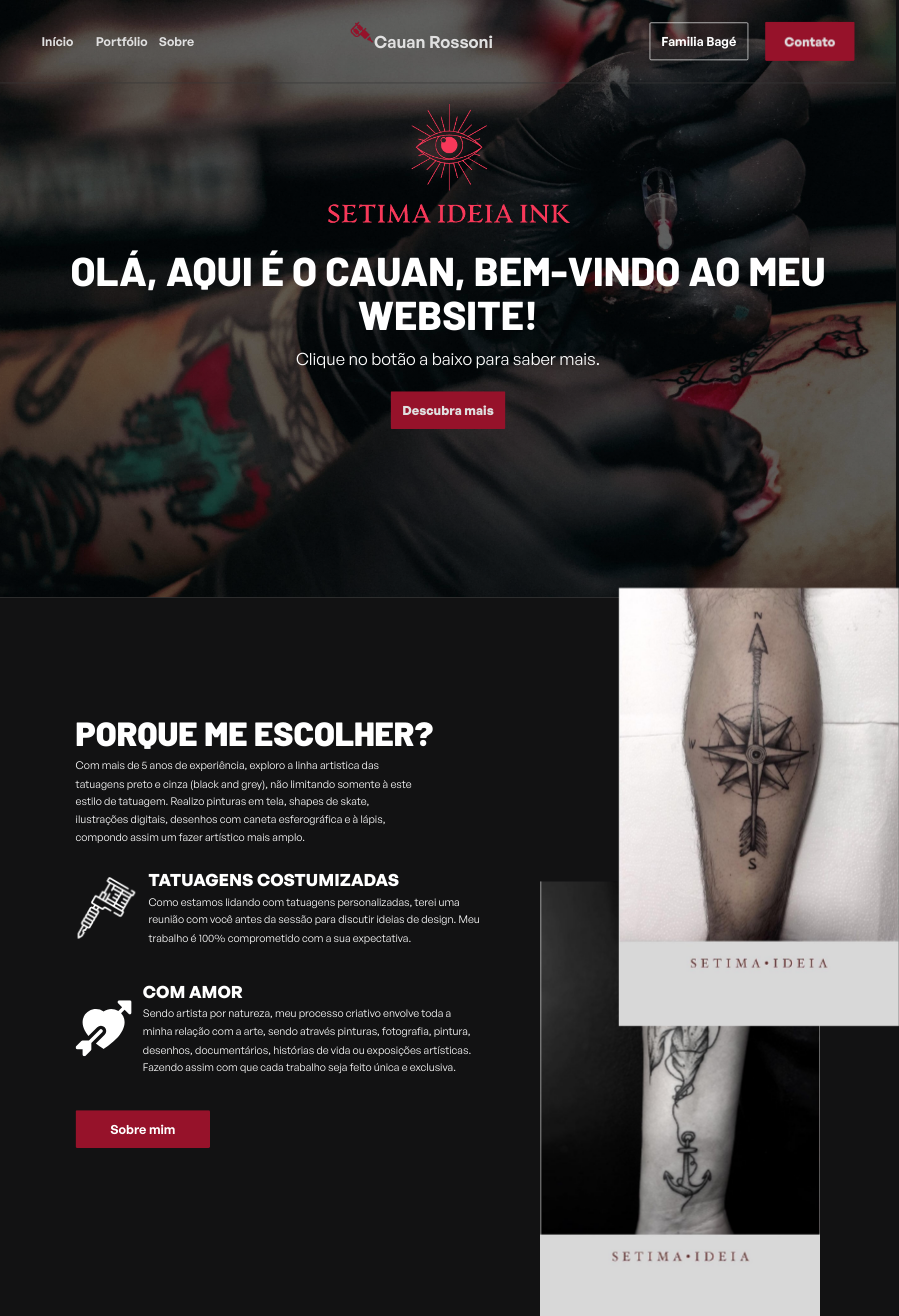
Repository: Leoka2000/S-tima-Ideia
Page: /
These files come from the project's save history. The page is drawn as it stood at one moment and after a run of saves; the edit follows.
The browser window is 1280 px wide. The page is 1284 px wide, so the pictures cover 1284 px, including what lies to the right of the window. The pictures show the part of the page from y = 0 to 1880 px (the page is 7066 px tall), at 70% of full size.
Backgrounds fixed to the window are drawn as part of the page. The project was rebuilt for these pictures with package versions that can differ from the ones it lists, and the page was loaded fresh each time. Some packages were replaced by stand-ins written for this rebuild. Also part of the build but not shown: src/pages/main/instagram/instagram.css, src/pages/main/instagram/instagram.jsx, src/App.css, src/pages/portfolio/portfolio.css, src/data/database-common.js, src/pages/portfolio/loop-content.jsx, src/pages/portfolio/portfolio.jsx, src/pages/portfolio/index.jsx and 2 more. Imported but missing from the stored project, and not drawn on this page: src/assets/videos/cauan-video.mp4.

Above is the page before, as saved 2023-05-22 14:50:59.

### public/index.html
<!DOCTYPE html>
<html lang="en">
  <head>
    <meta charset="utf-8" />
    <link rel="icon" href="%PUBLIC_URL%/logo.png" />
    <meta name="viewport" content="width=device-width, initial-scale=1" />
    <meta name="theme-color" content="#000000" />
    <meta
      name="description"
      content="Web site created using create-react-app"
    />
    <link rel="apple-touch-icon" href="%PUBLIC_URL%/logo192.png" />
    <!--
      manifest.json provides metadata used when your web app is installed on a
      user's mobile device or desktop. See https://developers.google.com/web/fundamentals/web-app-manifest/
    -->
    <link rel="manifest" href="%PUBLIC_URL%/manifest.json" />
    <!--
      Notice the use of %PUBLIC_URL% in the tags above.
      It will be replaced with the URL of the `public` folder during the build.
      Only files inside the `public` folder can be referenced from the HTML.

      Unlike "/favicon.ico" or "favicon.ico", "%PUBLIC_URL%/favicon.ico" will
      work correctly both with client-side routing and a non-root public URL.
      Learn how to configure a non-root public URL by running `npm run build`.
    -->
    <title>Setima Idea.ink</title>
  </head>
  <body>
    <noscript>You need to enable JavaScript to run this app.</noscript>
    <div id="root"></div>
    <!--
      This HTML file is a template.
      If you open it directly in the browser, you will see an empty page.

      You can add webfonts, meta tags, or analytics to this file.
      The build step will place the bundled scripts into the <body> tag.

      To begin the development, run `npm start` or `yarn start`.
      To create a production bundle, use `npm run build` or `yarn build`.
    -->
  </body>
</html>

### src/pages/main/index/index.jsx
import React from 'react'
import Hero from '../hero/hero'
import About from '../about/about'
import Carousel from '../carousel/carousel'
import HorizontalParallax2 from '../carousel/carousel2'
import LookPortfolio from '../olhe-portfolio'
import Video from '../video/video'
import Instagram from '../instagram/instagram'
import Form from '../contact/form'
import Contact from '../contact'
import Sobre from '../../sobre/about/about'

const index = () => {
  return (
    <>
      <Hero/>
      <About/>
      <Carousel/>
      <HorizontalParallax2/>
      <LookPortfolio/>
      <Video/>
      <Sobre/>
      {/* <Instagram/> */}
      <Contact/>
    </>
  )
}

export default index

### src/pages/sobre/about/about.jsx
import React from 'react'
import "./about.css"
import { BsFacebook } from 'react-icons/bs'
import { BsInstagram } from 'react-icons/bs'
import { AiOutlineMail } from 'react-icons/ai'
import cauan from '../../../assets/images/cauan.jpg'
import {Link} from 'react-scroll'

const Sobre = () => {
  return (
    <section id='about' className='sobre-section'>
      <main>
        <div className='sobre-left'>
          <h2>Tatuador na equipe Família Bagé.</h2>
          <h1>Cauan Rossoni Feversani</h1>
          <p>Magna nisl egestas amet netus lectus malesuada diam et ullamcorper et in urna maecenas praesent ut vitae tempus sollicitudin pharetra ipsum molestie urna scelerisque.</p>
          <div className='sobre-icons-wrapper'>
            <a target='_blank' href='https://www.instagram.com/setimaideia.ink'>
              <BsInstagram />
            </a>
            <a href='mailto:contato.cauanrf@gmail.com'>
              <AiOutlineMail />
            </a>
          </div>
          <div className='sobre-button-wrapper'>
          <Link style={{ textDecoration: 'none' }} spy={true} smooth={true} offset={100} duration={500} to='form' ><button className='solid'>Contato</button></Link>
            <a target='_blank' href='https://www.instagram.com/setimaideia.ink'><button className='transparent'>Veja o portfólio</button></a>
          </div>
        </div>
        <div className='sobre-right'>
          <img alt='cauan' src={cauan}/>
        </div>
      </main>
    </section>
  )
}

export default Sobre

### src/components/footer/footer.jsx
import { useEffect } from 'react'
import './footer.css'
import { BsFacebook } from 'react-icons/bs'
import { BsInstagram } from 'react-icons/bs'
import { AiOutlineMail } from 'react-icons/ai'
import machine from '../../assets/icons/tattoo-machine.png'
import bage from '../../assets/brand/bage.jpg'
import { useLocation } from 'react-router-dom'
import { Link } from 'react-scroll'

const Footer = () => {

    const location = useLocation();

    useEffect(() => {
        window.scrollTo(0, 0);
    }, [location.pathname]);


    return (
        <footer>
            <main>
                <div className='footer-left'>
                    <div className='footer-cauan'>
                        <img src={machine} />
                        <p>Cauan Rossoni</p>
                    </div>

                    <div className='footer-icons-wrapper'>
                        <a target='_blank' href='https://www.instagram.com/setimaideia.ink/'>< BsInstagram /></a>
                        <a target='_blank' href='mailto:contato.cauanrf@gmail.com'><AiOutlineMail /></a>
                    </div>
                </div>
                <div className='footer-middle'>
                    <h1>Páginas</h1>
                    <Link style={{ textDecoration: 'none' }} spy={true} smooth={true} offset={100} duration={500} to='inicio' >Início</Link>
                    <Link style={{ textDecoration: 'none' }} spy={true} smooth={true} offset={100} duration={500} to='portfolio' >Portfolio</Link>
                    <Link style={{ textDecoration: 'none' }} spy={true} smooth={true} offset={100} duration={500} to='about' >Sobre</Link>
                </div>
                <div className='footer-right'><a target='_blank' href='https://www.instagram.com/_familiabagetattoo_/'><img src={bage} /></a></div>
            </main>
            <div className='leo-tag'>
                <p>Desenvolvido por <a style={{textDecoration: 'none'}} href='https://www.linkedin.com/in/leoreus/'>Leo Reus Oliveira</a></p>
            </div>
        </footer>
    )
}

export default Footer

### src/pages/main/hero/hero.jsx
import React from 'react';
import { motion } from 'framer-motion';
import './hero.css';
import logo from '../../../assets/brand/logoCorrected.png';
import { Link } from 'react-scroll';

const Hero = () => {
  const text = "Olá, aqui é o Cauan, bem-vindo ao meu website!";

  const parentVariants = {
    animate: {
      transition: {
        staggerChildren: 0.05,
      },
    },
  };

  const childVariants = {
    initial: {
      y: 20,
      opacity: 0,
    },
    animate: {
      y: 0,
      opacity: 1,
    },
  };

  return (
    <section id='inicio' className="hero-section">
      <div className="hero-wrapper">
        <img src={logo} alt="logo" />
        <motion.h1 variants={parentVariants} initial="initial" animate="animate">
          {text.split("").map((letter, index) => (
            <motion.span key={index} variants={childVariants}>{letter}</motion.span>
          ))}
        </motion.h1>
        <h2>Clique no botão a baixo para saber mais.</h2>
        <div>
          <Link to='about' className="colored-hero" style={{textDecoration: 'none'}} spy={true} smooth={true} offset={100} duration={500}>Descubra mais</Link>
        </div>
      </div>
    </section>
  );
};

export default Hero;

### src/pages/main/carousel/carousel.jsx
import C1 from '../../../assets/carousel/c1.jpg'
import C2 from '../../../assets/carousel/c2.jpg'
import C3 from '../../../assets/carousel/c3.jpg'
import C4 from '../../../assets/carousel/c4.jpg'
import C5 from '../../../assets/carousel/c5.jpg'
import C6 from '../../../assets/carousel/c6.jpg'
import C7 from '../../../assets/carousel/c7.jpg'
import C8 from '../../../assets/carousel/c8.jpg'
import C9 from '../../../assets/carousel/c9.jpg'
import C10 from '../../../assets/carousel/c10.jpg'

import { motion, useTransform, useScroll, circOut } from "framer-motion";
import React from "react";
import './carousel.css'

const images = [
  C1,
  C5,
  C4,
  C7,
  C2,
  C6,
  C8,
  C9,
  C10,
];

const HorizontalParallax = () => {
  const { scrollYProgress } = useScroll();
  const x = useTransform(scrollYProgress,
     [0, 1],
      [0, -2000],
      { clamp: false, velocity: 0.1, ease: circOut });

  return (
    <div className="horizontal-parallax">
      <motion.div
        className="images-container"
        style={{ x }}
      >
        {images.map((image, index) => (
          <div key={index} className="image">
            <img src={image} alt={`Image ${index}`} />
          </div>
        ))}
      </motion.div>
    </div>
  );
};

export default HorizontalParallax;

### src/pages/main/carousel/carousel2.jsx
import { motion, useTransform, useScroll, circOut } from "framer-motion";
import React from "react";
import './carousel.css'
import C1 from '../../../assets/carousel/c10.jpg'
import C2 from '../../../assets/carousel/c9.jpg'
import C3 from '../../../assets/carousel/c8.jpg'
import C4 from '../../../assets/carousel/c7.jpg'
import C5 from '../../../assets/carousel/c6.jpg'
import C6 from '../../../assets/carousel/c5.jpg'
import C7 from '../../../assets/carousel/c4.jpg'
import C8 from '../../../assets/carousel/c3.jpg'
import C9 from '../../../assets/carousel/c2.jpg'
import C10 from '../../../assets/carousel/c1.jpg'

const images = [
  C2,
  C3,
  C4,
  C1,
  C5,
  C6,
  C7,
  C8,
  C9,
  C10,
];

const HorizontalParallax2 = () => {
  const { scrollYProgress } = useScroll();
  const x = useTransform(scrollYProgress, [1, 0], [0, -2000], {ease: circOut });

  return (
    <div className="horizontal-parallax">
      <motion.div
        className="images-container"
        style={{ x }}
      >
        {images.map((image, index) => (
          <div key={index} className="image">
            <img src={image} alt={`Image ${index}`} />
          </div>
        ))}
      </motion.div>
    </div>
  );
};

export default HorizontalParallax2;

### src/pages/main/olhe-portfolio/index.jsx
import React from 'react'
import './index.css'
import img from '../../../assets/images/lookportfolio-img.png'
import silhouete from '../../../assets/icons/about-tattoo-machine.png'
import clown from '../../../assets/icons/rose.png'
import { useInView } from 'react-intersection-observer';
import { motion } from 'framer-motion'
import { Link } from 'react-router-dom'

const LookPortfolio = () => {

  const [ref1, inView1] = useInView({
    threshold: 0.3,
    triggerOnce: true,
    delay: 0.7
  });

  const [ref2, inView2] = useInView({
    threshold: 0.3,
    triggerOnce: true,
    delay: 0.9
  });

  return (
    <section id='portfolio' className='look-portfolio-section'>
      <img className='silhouete' src={silhouete} />
      <img className='clown' src={clown} />
      <motion.div
        ref={ref1}
        initial={{ opacity: 0 }}
        animate={inView1 ? { opacity: 1 } : { opacity: 0 }}
        transition={{ duration: 1 }}
        className='look-portfolio-left'>
        <img src={img} />
      </motion.div>
      <motion.div
        ref={ref2}
        initial={{ opacity: 0 }}
        animate={inView2 ? { opacity: 1 } : { opacity: 0 }}
        transition={{ duration: 1 }}
        className='look-portfolio-right'>
        <h1>Confira o meu portfólio!</h1>
        <p>Clique no link a baixo para acessar o meu portfólio no Instagram. Lá, você pode encontrar uma exposição dos meus trabalhos atualizados.</p>
        <a
         style={{textDecoration:'none'}} to='/portfolio'>Saiba mais</a>
      </motion.div>

    </section>
  )
}

export default LookPortfolio

### src/pages/main/video/video.jsx
import React, { useState } from 'react';
import './video.css';
import cauan from '../../../assets/videos/cauan-video.mp4'
import thumb from '../../../assets/images/Thumbnail.jpg'
import { FaPlay, FaTimes } from "react-icons/fa";

function Video() {
    const [showVideo, setShowVideo] = useState(false);

    function handlePlayClick() {
        setShowVideo(true);
        document.body.style.overflow = 'hidden';
    }

    function handleCloseClick() {
        setShowVideo(false);
        document.body.style.overflow = 'visible';
    }

    return (
        <section className="video-thumbnail">
            <div className='overlay-effect'>
                <div
                    className="thumbnail-image"

                >
                    <button
                        className="play-button"
                        onClick={handlePlayClick}
                    >
                        <FaPlay className="play-icon" />
                    </button>
                </div>
                {showVideo && (
                    <div className="video-overlay">
                        <button className="close-button" onClick={handleCloseClick}>
                            <FaTimes className="close-icon" />
                        </button>
                        <div className="video-wrapper">
                            <video src={cauan} controls autoPlay />
                        </div>
                    </div>
                )}
            </div>
        </section>
    );
}

export default Video

### src/pages/main/contact/index.jsx
import React from 'react'
import Form from './form'
import './form.css'
import { useInView } from 'react-intersection-observer';
import { motion } from 'framer-motion'
import { AiFillMessage } from 'react-icons/ai'
import { AiOutlineFieldTime } from 'react-icons/ai'
import { BsCashStack } from 'react-icons/bs'
import { MdFastfood} from 'react-icons/md'
import {BsCapsulePill} from 'react-icons/bs'

const Index = () => {

  const [ref1, inView1] = useInView({
    threshold: 0.7,
    triggerOnce: true,
    delay: 0.9
  });

  return (
    <section className='form-section-parent'>

      <motion.header
        ref={ref1}
        initial={{ opacity: 0 }}
        animate={inView1 ? { opacity: 1 } : { opacity: 0 }}
        transition={{ duration: 1 }}
        className='form-header'>
        <h1>INFORMAÇÕES IMPORTANTES!</h1>
        <p>Este site tem a intenção de fazer com que você me conheça melhor. Se você deseja marcar uma tatuagem comigo, leia as informações abaixos.</p>
        <div className='row-wrapper'>
          <div>
            <span><AiFillMessage /></span>
            <p>Envie-me uma mensagem no Instagram e uma foto de referência ou mencione a ID de um dos meus trabalhos presentes na seção de portfólio deste site.</p>
          </div>
          <div>
            <span><BsCashStack /></span>
            <p>Para agendar uma tatuagem comigo, você precisará pagar um depósito, e esse valor será destinado para o custo total do trabalho.</p>
          </div>
          <div>
            <span><AiOutlineFieldTime /></span>
            <p>Será necessário 48 horas de antecedência para cancelar ou reagendar uma sessão. Se você não conseguir fazer isso, precisará marcar outro agendamento e pagar um depósito extra.</p>
          </div>
          <div>
            <span><MdFastfood /></span>
            <p>Certifique-se de comer, se hidratar e descansar antes de realizer sua tatuagem.</p>
          </div>
          <div>
            <span><BsCapsulePill/></span>
            <p>Não venha de ressaca ou sob o efeito de drogas.</p>
          </div>

        </div>

      </motion.header>
      <Form />
    </section >
  )
}

export default Index

### src/pages/main/hero/hero.css
@import url('https://fonts.googleapis.com/css?family=Barlow:100,300,400,500,600,700,800,900&display=swap');

.hero-section {
    padding: 8rem 0rem 15rem 0;

    background-image: linear-gradient(180deg, rgba(0, 0, 0, 0.6), rgba(0, 0, 0, 0.6)), url("../../../assets/images/hero-bg.jpg");

    background-position: 0px 0px, 50% 0%;
    background-size: auto, cover;
    background-repeat: repeat, no-repeat;
    background-attachment: scroll, fixed;
    border-bottom: 1px solid #393939;

}

.hero-wrapper {
    display: flex;
    flex-direction: column;
    justify-content: center;
    align-items: center;
}

.hero-wrapper>img {
    width: 24rem;
    margin-bottom: 1rem;
}

.hero-wrapper>h1 {
    font-size: 3.6rem;
    line-height: 4rem;
    max-width: 70rem;
    font-weight: 800;
    text-transform: uppercase;
    text-align: center;
    font-family: Barlow, sans-serif;
    margin-bottom: 1rem;
}

.hero-wrapper>h2 {
    font-size: 1.5rem;
    font-weight: 400;
    font-family: 'General Sans', sans-serif;
}
.hero-wrapper > div {
    display: flex;
    gap: 2rem;
    align-items: center;
    justify-content: center;
    margin-top: 2rem;
}
.colored-hero {
    padding: 1rem;

    cursor: pointer;
    -webkit-box-pack: center;
    -webkit-justify-content: center;
    -ms-flex-pack: center;
    justify-content: center;
    border: 1px solid transparent;
    border-radius: 2px;
    background-color: #96122a;
    -webkit-transition: box-shadow 300ms ease, -webkit-transform 300ms ease;
    transition: box-shadow 300ms ease, -webkit-transform 300ms ease;
    transition: box-shadow 300ms ease, transform 300ms ease;
    transition: box-shadow 300ms ease, transform 300ms ease, -webkit-transform 300ms ease;
    font-family: 'General Sans', sans-serif;
    color: rgb(224, 224, 224);
    line-height: 1.111em;
    font-weight: 600;
    text-align: center;
    text-decoration: none;
    text-transform: none;
    -webkit-transform-style: preserve-3d;
    transform-style: preserve-3d;
}

.colored-hero:hover {
    box-shadow: 0 10px 20px 0 rgba(248, 19, 60, 0.2);
    -webkit-transform: translate3d(0px, -3px, 0.01px);
    transform: translate3d(0px, -3px, 0.01px);


}

.transparent-hero:hover {
    background-color: #fff;
    -webkit-transform: translate3d(0px, -3px, 0.01px);
    transform: translate3d(0px, -3px, 0.01px);
    color: #121213;
}

.transparent-hero {
    padding: 0 1rem 0 1rem;
    border-radius: 2px;
    height: 3.5rem;
    display: flex;
    align-items: center;
    justify-content: center;
    cursor: pointer;
    border-style: solid;
    border-width: 1px;
    border-color: #f0f0f0;
    background-color: transparent;
    box-shadow: 0 4px 10px 0 rgba(0, 0, 0, 0.2);
    -webkit-transition: background-color 300ms ease, color 300ms ease, -webkit-transform 300ms ease;
    transition: background-color 300ms ease, color 300ms ease, -webkit-transform 300ms ease;
    transition: transform 300ms ease, background-color 300ms ease, color 300ms ease;
    transition: transform 300ms ease, background-color 300ms ease, color 300ms ease, -webkit-transform 300ms ease;
    font-family: 'General Sans', sans-serif;
    color: #fff;
    line-height: 1.111em;
    font-weight: 500;
    text-align: center;
    text-transform: none;
    -webkit-transform-style: preserve-3d;
    transform-style: preserve-3d;
}
@media screen and (max-width: 650px) {
    .hero-wrapper>h1 {
        font-size: 2.6rem;
        line-height: 3rem;
    }
    .hero-wrapper>h2 {
        text-align: center;
        margin-bottom: 0rem;
        width: 20rem;
    }
    .hero-section {
        padding: 10rem 0rem 4rem 0;
        background-image: linear-gradient(180deg, rgba(0, 0, 0, 0.6), rgba(0, 0, 0, 0.6)), url("../../../assets/images/hero-bg.jpg");
        background-position: 0px 0px, 50% 0%;
background-size:69rem;
background-repeat: repeat, no-repeat;
background-attachment: scroll, fixed;

    }
    }


@media screen and (max-width: 500px) {
    .hero-wrapper{
        margin-right: 1rem;
        margin-left: 1rem;
    }
    .hero-wrapper>h1 {
        font-size: 1.8rem;
        line-height: 2.4rem;
        max-width: 70rem;
        font-weight: 800;
        text-transform: uppercase;
        text-align:center;
        font-family: Barlow, sans-serif;
        margin-bottom: 1rem;
    }
    .hero-wrapper>img {
        width: 15rem;
    }
    .hero-wrapper>h2 {
        font-size: 1.5rem;
        line-height: 1.5rem;
        font-weight: 400;
        font-family: 'General Sans', sans-serif;
        text-align: center;
        width: 16rem;
    }
    .hero-wrapper > div {
        flex-direction: column;
        width: 90%;
    }
    .hero-wrapper > div > a {
       width: 100%;
    }


}

### src/pages/main/carousel/carousel.css
.horizontal-parallax {
  position: relative;
  width: 100%;
  height: 400px;
  overflow-x: hidden;
}

.images-container {
  position: absolute;
  top: 0;
  left: 0;
  height: 100%;
  white-space: nowrap;
}

.image {
  display: inline-block;
  width: 400px;
  height: 350px;
  margin-right: 20px;
  overflow: hidden;
}

.image img {
  width: 100%;
  height: 100%;
  object-fit: cover;
}

@media screen and (max-width: 650px) {
  .image {
    display: inline-block;
    width: 210px;
    height: 245px;
    margin-right: 20px;
    overflow: hidden;
  }
  .horizontal-parallax {
    position: relative;
    width: 100%;
    height: 350px;
    overflow-x: hidden;
  }

}

Loaded but not shown: src/index.js (36 lines, source omitted); src/routes.js (29 lines, source omitted); src/pages/main/contact/form.css (328 lines, source omitted); src/pages/sobre/about/about.css (260 lines, source omitted); src/components/navbar/navbar.css (277 lines, source omitted); src/pages/main/about/about.css (257 lines, source omitted); src/pages/main/contact/form.jsx (95 lines, source omitted); src/index.css (112 lines, source omitted); src/pages/main/olhe-portfolio/index.css (156 lines, source omitted); src/pages/main/about/about.jsx (76 lines, source omitted); src/components/navbar/navbar.jsx (80 lines, source omitted); src/components/footer/footer.css (122 lines, source omitted); src/pages/main/video/video.css (140 lines, source omitted)

After the next 2 saves:
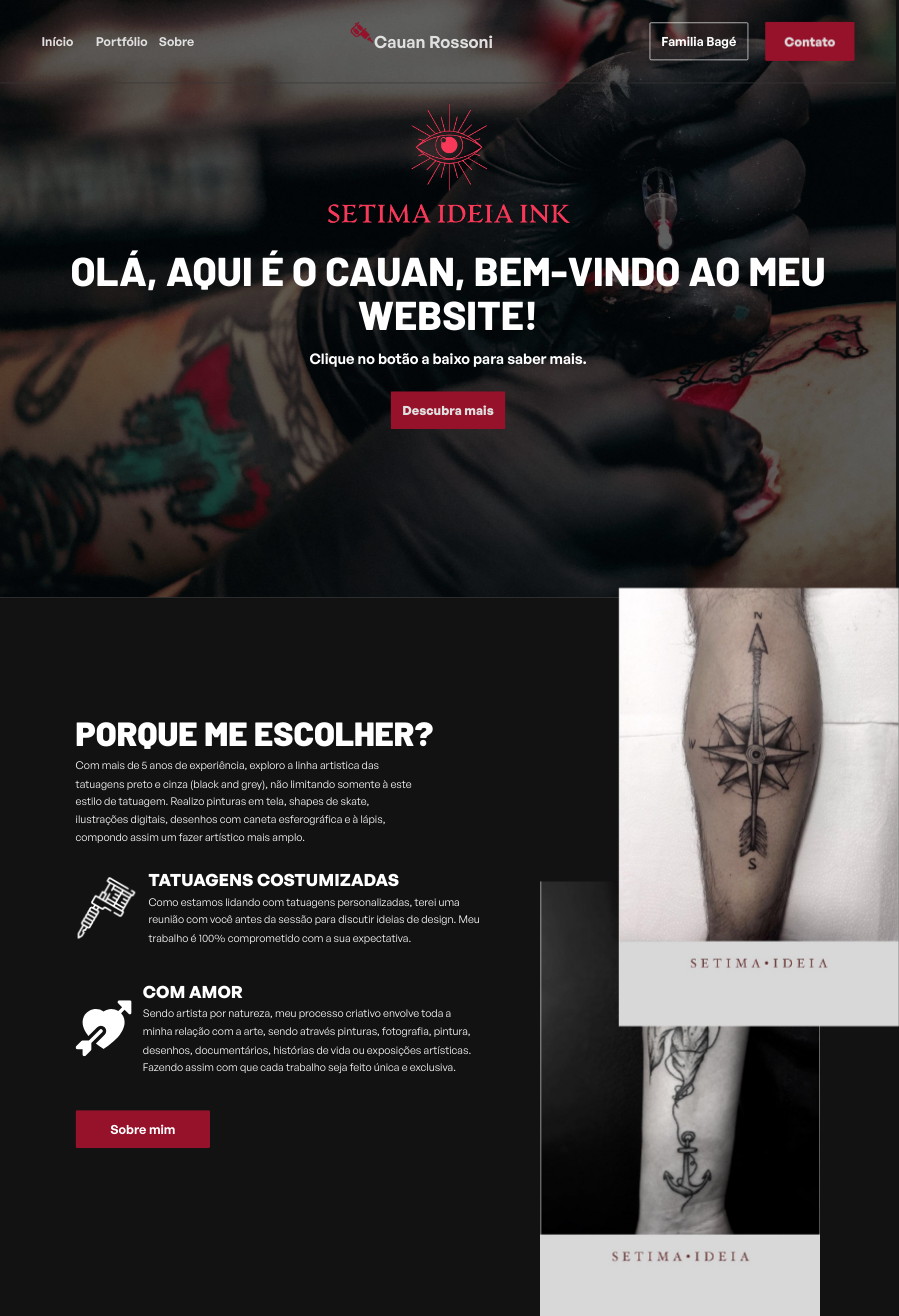
The 2 saves are shown as one change because they came seconds apart.
The last was saved 13 s later.
--- a/src/pages/main/hero/hero.css
+++ b/src/pages/main/hero/hero.css
@@ -37,8 +37,8 @@
 }
 
 .hero-wrapper>h2 {
-    font-size: 1.5rem;
-    font-weight: 400;
+    font-size: 1.3rem;
+    font-weight: 500;
     font-family: 'General Sans', sans-serif;
 }
 .hero-wrapper > div {
